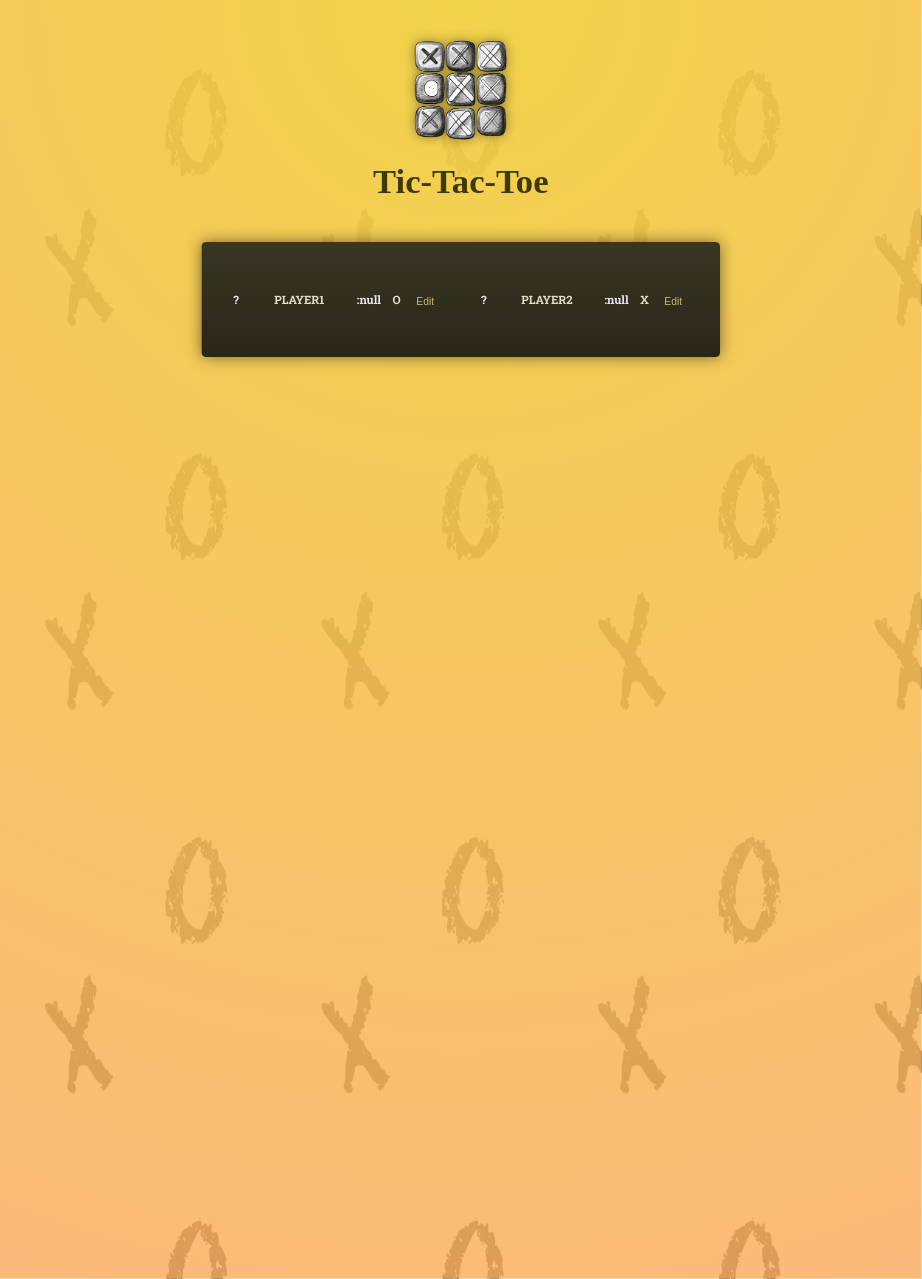
Repository: collyrium921/tic-tac-toe
Page: /
The author's editor kept a copy of each file at every save. The page is drawn from the files as they stood at one save, then again after the next save.
The browser window is 1280 px wide. The pictures show the whole page, at 72% of full size.
Some web fonts or font styles are not loaded; a fallback is used. The project was rebuilt for these pictures with package versions that can differ from the ones it lists, and the page was loaded fresh each time. Also part of the build but not shown: vite.config.js.

Above is the page before, as saved 2024-05-23 00:51:48.

After the next save:
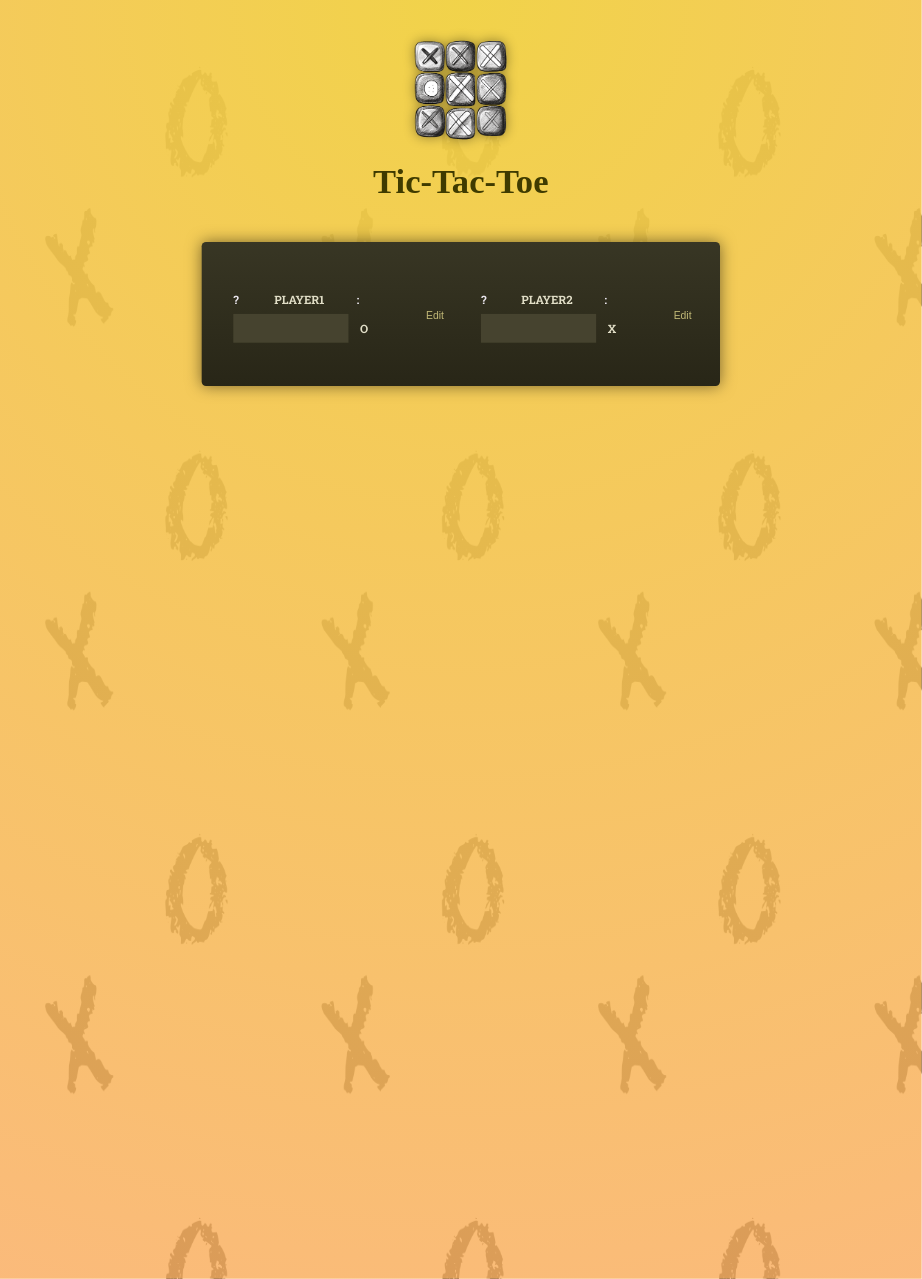
Saved 28 s later.
--- a/src/components/Player.jsx
+++ b/src/components/Player.jsx
@@ -9,7 +9,7 @@ export default function Player({ name, symbol }) {
   return (
     <li>
       <span className="player">
-       {isEditing}? <span className="player-name">{name}</span>:null
+       {isEditing}? <span className="player-name">{name}</span>:<input type="text" required />
         <span className="player-symbol">{symbol}</span>
       </span>
       <button onClick={handleEditClick}>Edit</button>
